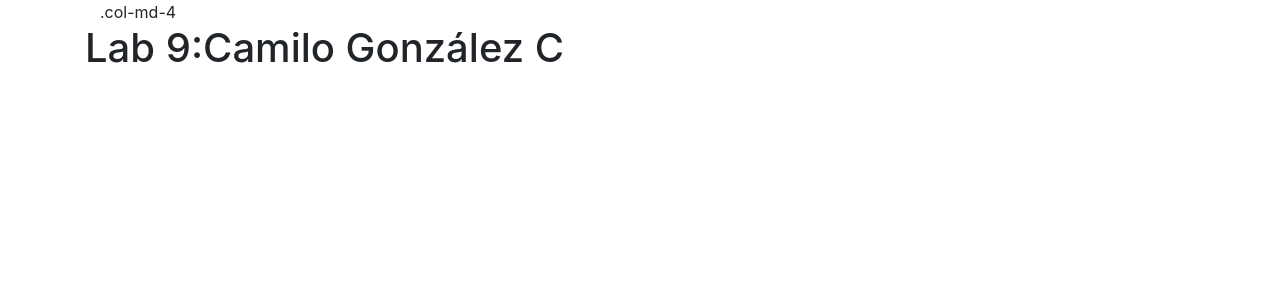
Repository: cgonzalezc27/daw_a01209969
Page: DAW/Lab9/_header.html
The author's editor kept a record of every edit. The page is drawn from the files as they stood at one moment, then again after the next edit.
The browser window is 1280 px wide. The pictures show the whole page.

Above is the page before.

### DAW/Lab9/_header.html
<!DOCTYPE html>
<html>
    <head>
        <meta charset="utf-8">
        <link rel="stylesheet" href="https://stackpath.bootstrapcdn.com/bootstrap/4.1.3/css/bootstrap.min.css" integrity="sha384-MCw98/SFnGE8fJT3GXwEOngsV7Zt27NXFoaoApmYm81iuXoPkFOJwJ8ERdknLPMO" crossorigin="anonymous">
    </head>
    <body class="container">
        <div class="col-md-4">.col-md-4</div>
            <h1>Lab 9:Camilo González C</h1>
       </div>

After the next edit:
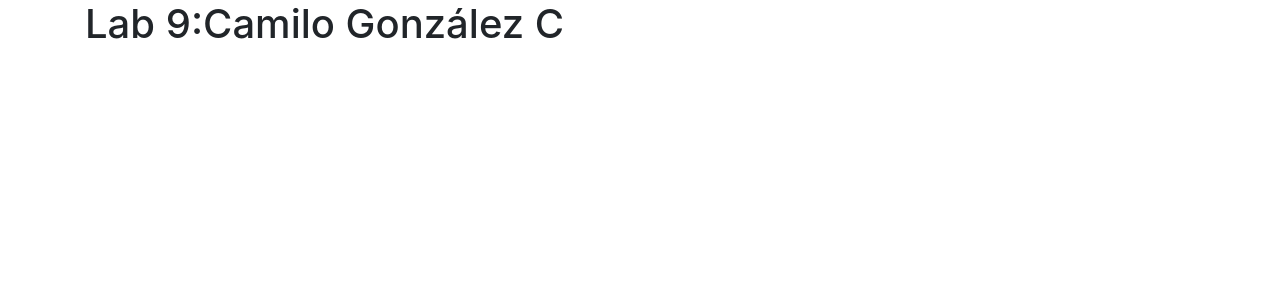
The edit:
--- a/DAW/Lab9/_header.html
+++ b/DAW/Lab9/_header.html
@@ -5,6 +5,6 @@
         <link rel="stylesheet" href="https://stackpath.bootstrapcdn.com/bootstrap/4.1.3/css/bootstrap.min.css" integrity="sha384-MCw98/SFnGE8fJT3GXwEOngsV7Zt27NXFoaoApmYm81iuXoPkFOJwJ8ERdknLPMO" crossorigin="anonymous">
     </head>
     <body class="container">
-        <div class="col-md-4">.col-md-4</div>
+
             <h1>Lab 9:Camilo González C</h1>
        </div>
